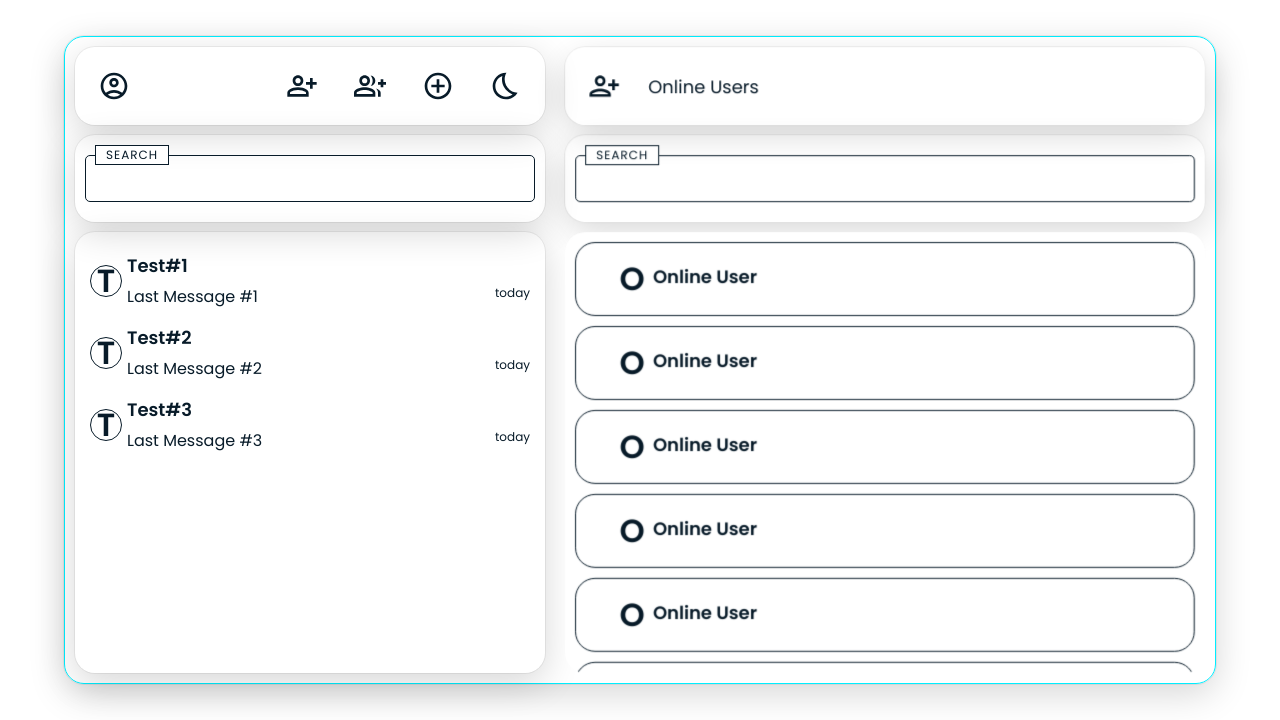
Repository: swastikjhacoder/mern-chat-frontend-only
Page: /users
An editor plug-in stored every save of this project. The page is shown before and after a run of saves, followed by the edit.
The browser window is 1280 px wide. The pictures show the whole page.
An inner scrolling area shows only its first screen. The project was rebuilt for these pictures with package versions that can differ from the ones it lists, and the page was loaded fresh each time. Also part of the build but not shown: src/components/loginSignup/Login.jsx, src/components/chat/MessageOthers.jsx, src/components/chat/MessageSelf.jsx, src/components/chat/ChatContainer.jsx. Imported but missing from the stored project, and not drawn on this page: src/components/loginSignup/SignUp.

Above is the page before, as saved 2023-09-21 22:56:06.

### src/index.js
import React from "react";
import ReactDOM from "react-dom/client";
import "./index.css";
import App from "./App";
import { BrowserRouter } from "react-router-dom";
import { Provider } from "react-redux";
import { store } from "./redux/store";

const root = ReactDOM.createRoot(document.getElementById("root"));
root.render(
  <React.StrictMode>
    <Provider store={store}>
      <BrowserRouter>
        <App />
      </BrowserRouter>
    </Provider>
  </React.StrictMode>
);

### src/index.css
@import url('https://fonts.googleapis.com/css2?family=Poppins:ital,wght@0,100;0,200;0,300;0,400;0,500;0,600;0,700;0,800;0,900;1,400&display=swap');

:root {
  --border-color: #0ef;
  --body-color: #081b29;
  --container-default-color: #fff;
  --self-message-background-color: #63d7b0;
  --other-message-background-color: #e2e4e3;
  --box-shadow: rgba(0, 0, 0, 0.16) 0px 10px 36px 0px, rgba(0, 0, 0, 0.06) 0px 0px 0px 1px;

  --large-font-size: 32px;
  --medium-font-size: 18px;
  --normal-font-size: 16px;
  --small-font-size: 12px;
  --tiny-font-size: 10px;

  --bolder-font-weight: 600;
}

::-webkit-scrollbar {
  width: 6px !important;
  height: 6px !important;
}

::-webkit-scrollbar-track {
  background: hsla(0, 0%, 100%, -1);
}

::-webkit-scrollbar-thumb {
  background: rgba(0, 0, 0, 0.2);
}


* {
  margin: 0;
  padding: 0;
  box-sizing: border-box;
  font-family: 'Poppins', sans-serif;
}

body {
  display: flex;
  flex-direction: column;
  justify-content: center;
  align-items: center;
}

.app-container {
  display: flex;
  width: 100vw;
  height: 100vh;
  flex-direction: column;
  justify-content: center;
  align-items: center;
}

.container {
  display: flex;
  flex-direction: row;
  gap: 10px;
  width: 90vw;
  height: 90vh;
  border-radius: 20px;
  border: 1px solid var(--border-color);
  box-shadow: var(--box-shadow);
}

.left-sidebar-container {
  display: flex;
  flex-direction: column;
  flex: 0.3;
  padding: 10px;
}

.sb-header {
  display: flex;
  flex-direction: row;
  border-radius: 20px;
  justify-content: space-between;
  padding: 5px;
  box-shadow: var(--box-shadow);
}

.sb-header >div {
  width: max-content;
}

.icon {
  font-size: var(--large-font-size) !important;
  margin: 10px;
}

.sb-search {
  display: flex;
  flex-direction: row;
  width: 100%;
  padding: 10px;
  margin-top: 10px;
  border-radius: 20px;
  box-shadow: var(--box-shadow);
}

.input-box {
  position: relative;
  width: 450px;
  margin: 10px 0;
}

.input-box input {
  width: 100%;
  padding: 10px;
  background: transparent;
  border-radius: 5px;
  color: var(--body-color);
  outline: none;
  font-size: var(--title-text-size);
}

.input-box span {
  position: absolute;
  left: 0;
  padding: 0 10px;
  pointer-events: none;
  font-size: var(--small-font-size);
  text-transform: uppercase;
  letter-spacing: 1px;
  transform: translateX(10px) translateY(-10px);
}

.sb-conversations {
  background-color: var(--container-color);
  border-radius: 20px;
  padding: 10px 5px;
  margin-top: 10px;
  flex: 1;
  overflow-y: scroll;
  box-shadow: var(--box-shadow);
}

.conversation-container {
  display: grid;
  grid-template-columns: 32px auto auto;
  grid-template-rows: auto auto;
  column-gap: 10px;
  padding: 5px;
  gap: 5px;
  margin: 5px;
  border-radius: 20px;
  transition-duration: .5s;
}

.con-icon {
  grid-area: 1/1/3/2;
  display: flex;
  justify-content: center;
  align-items: center;
  font-size: var(--large-font-size);
  font-weight: var(--bolder-font-weight);
  height: 32px;
  width: 32px;
  padding: 2px;
  border-radius: 50%;
  justify-self: center;
  align-self: center;
}

.con-title {
  grid-area: 1/2/2/4;
  font-weight: var(--bolder-font-weight);
  font-size: var(--medium-font-size);
}

.con-lastMessage {
  font-size: var(--normal-font-size);
}

.con-timeStamp {
  justify-self: flex-end;
  font-size: var(--small-font-size);
}

.right-sidebar-container {
  flex: .7;
  display: flex;
  flex-direction: column;
  gap: 10px;
  padding: 10px 10px 10px 0;
}

.chat-header {
  display: flex;
  justify-content: space-between;
  column-gap: 10px;
  padding: 10px;
  border-radius: 20px;
  box-shadow: var(--box-shadow);
}

.chat-header-info {
  display: flex;
  flex-direction: row;
  justify-content: center;
  align-items: center;
  gap: 10px;
}

.chat-message {
  flex: 1;
  background-color: var(--container-color);
  border-radius: 20px;
  padding: 20px 40px;
  overflow-y: scroll;
  box-shadow: var(--box-shadow);
}

.chat-input {
  display: flex;
  flex-direction: row;
  justify-content: space-between;
  align-items: center;
  border-radius: 20px;
  padding: 10px;
  box-shadow: var(--box-shadow)
}

.self-message-container {
  display: flex;
  justify-content: flex-end;
}

.self-message {
  display: flex;
  flex-direction: column;
  background-color: var(--self-message-background-color);
  width: max-content;
  padding: 10px 10px;
  margin: 5px;
  border-radius: 20px;
}
.self-title {
  font-weight: var(--bolder-font-weight);
  font-size: var(--medium-font-size);
}

.self-message {
  font-size: var(--normal-font-size);
}

.self-timestamp {
  margin-left: auto;
  font-size: var(--small-font-size);
}

.other-message-container {
  display: flex;
  justify-content: flex-start;
  flex-direction: row;
  gap: 5px;
  width: max-content;
  padding: 10px 10px;
  margin: 5px;
  border-radius: 20px;
}

.other-icon {
  display: flex;
  justify-content: center;
  align-items: center;
  font-size: var(--large-font-size);
  font-weight: var(--bolder-font-weight);
  height: 32px;
  width: 32px;
  padding: 2px;
  border-radius: 50%;
  justify-self: center;
  align-self: center;
}

.other-text-content {
  display: flex;
  flex-direction: column;
  background-color: var(--other-message-background-color);
  padding: 10px 10px;
  border-radius: 20px;
}

.other-title {
  font-weight: var(--bolder-font-weight);
  font-size: var(--medium-font-size);
}

.other-message {
  font-size: var(--normal-font-size);
}

.other-timestamp {
  margin-left: auto;
  font-size: var(--small-font-size);
}

.online-users-header {
  border-radius: 20px;
  display: flex;
  gap: 10px;
  padding: 5px;
  font-size: var(--medium-font-size);
  box-shadow: var(--box-shadow);
  align-items: center;
}

.online-users-search {
  display: flex;
  flex-direction: row;
  width: 100%;
  padding: 10px;
  border-radius: 20px;
  box-shadow: var(--box-shadow);
}

.online-users-list {
  border-radius: 20px;
  flex: 1;
  padding: 10px;
  overflow-y: scroll;
}

.online-user {
  display: flex;
  flex: 1;
  gap: 5px;
  border-radius: 20px;
  padding: 20px 40px;
  overflow-y: scroll;
  margin-bottom: 10px;
  cursor: pointer;
  transition-duration: .5s;
}

### src/App.js
// import { Button } from "@mui/material";
// import React from "react";
// import { useSelector, useDispatch } from "react-redux";
// import { toggleDarkMode, addUser, removeUser } from './redux/liveChatSlice';

// function App() {
//   const dispatch = useDispatch();
//   const mode = useSelector((state) => state.liveChat.mode);
//   const userInfo = useSelector((state) => state.liveChat.userInfo);
//   const background = useSelector( ( state ) => state.liveChat.background );
//   console.log(mode);
//   console.log(userInfo);
//   console.log(background);
//   return (
//     <>
//       <Button onClick={() => dispatch(toggleDarkMode())}>Click Me</Button>
//     </>
//   );
// }

// export default App;

import React from "react";
import { useSelector } from "react-redux";
import "./index.css";
import { Routes, Route } from "react-router-dom";
import MainContainer from "./components/MainContainer";
import Login from "./components/loginSignup/Login";
import SignUp from "./components/loginSignup/SignUp";
import ChatContainer from "./components/chat/ChatContainer";
import OnlineUsersGroup from "./components/chat/OnlineUsersGroup";

const App = () => {
  const background = useSelector((state) => state.liveChat.background);
  // console.log(background);
  return (
    <>
      <div style={{ backgroundColor: background }} className="app-container">
        <Routes>
          <Route path="/" element={<MainContainer />}>
            <Route path="login" element={<Login />} />
            <Route path="signup" element={<SignUp />} />
            <Route path="chat" element={<ChatContainer />} />
            <Route path="users" element={<OnlineUsersGroup />} />
          </Route>
        </Routes>
      </div>
    </>
  );
};

export default App;

### src/redux/store.js
import { configureStore } from '@reduxjs/toolkit';
import liveChatReducer from './liveChatSlice';

export const store = configureStore({
  reducer: {
    liveChat: liveChatReducer,
  },
});

### src/components/MainContainer.jsx
import React from "react";
import { Outlet } from "react-router-dom";
import SideBar from "./chat/SideBar";
// import { useSelector } from "react-redux";
// import Login from "./loginSignup/Login";

const MainContainer = () => {
  // const user = useSelector((state) => state.liveChat.userInfo);
  // console.log(user);
  return (
    <>
      <div className="container">
        {/*
        { user ? <SideBar/> : <Login /> }*/
        }
        <SideBar />
        <Outlet />
      </div>
    </>
  );
};

export default MainContainer;

### src/components/chat/OnlineUsersGroup.jsx
import React from "react";
import { IconButton } from "@mui/material";
import PersonAddAlt1OutlinedIcon from "@mui/icons-material/PersonAddAlt1Outlined";
import { AnimatePresence, motion } from "framer-motion";
import { useSelector } from "react-redux";
import OnlineUsers from "./OnlineUsers";

const OnlineUsersGroup = () => {
  const { background, color } = useSelector((state) => state.liveChat);
  return (
    <AnimatePresence>
      <motion.div
        initial={{ opacity: 0, scale: 0 }}
        animate={{ opacity: 1, scale: 1 }}
        exit={{ opacity: 0, scale: 0 }}
        transition={{
          ease: "anticipate",
          duration: "0.3",
        }}
        className="right-sidebar-container"
      >
        <div className="online-users-header">
          <div>
            <IconButton>
              <PersonAddAlt1OutlinedIcon
                className="icon"
                style={{ color: color }}
              />
            </IconButton>
          </div>
          <p style={{ color: color }}>Online Users</p>
        </div>
        <div className="online-users-search">
          <div className="input-box" style={{ flex: 1 }}>
            <input
              type="search"
              name="search"
              required="required"
              style={{ border: `1px solid ${color}`, color: color }}
            />
            <span
              style={{
                color: color,
                border: `1px solid ${color}`,
                background: background,
              }}
            >
              Search
            </span>
          </div>
        </div>
        <div className="online-users-list" style={{backgroundColor: background}}>
          <OnlineUsers />
          <OnlineUsers />
          <OnlineUsers />
          <OnlineUsers />
          <OnlineUsers />
          <OnlineUsers />
          <OnlineUsers />
          <OnlineUsers />
          <OnlineUsers />
          <OnlineUsers />
          <OnlineUsers />
          <OnlineUsers />
          <OnlineUsers />
          <OnlineUsers />
        </div>
      </motion.div>
    </AnimatePresence>
  );
};

export default OnlineUsersGroup;

### src/redux/liveChatSlice.js
import { createSlice } from "@reduxjs/toolkit";

const initialState = {
  mode: JSON.parse(localStorage.getItem("darkMode")) || false,
  userInfo: null,
  background: JSON.parse(localStorage.getItem("backgroundColor")) || "#fff",
  color: JSON.parse(localStorage.getItem("color")) || "#081b29",
};

export const liveChatSlice = createSlice({
  name: "liveChat",
  initialState,
  reducers: {
    toggleDarkMode: (state) => {
      state.mode = !state.mode;
      if (!state.mode) {
        state.background = "#fff";
        state.color = "#081b29";
      } else {
        state.background = "#081b29";
        state.color = "#fff";
      }
      localStorage.setItem("darkMode", JSON.stringify(state.mode));
      localStorage.setItem("backgroundColor", JSON.stringify(state.background));
      localStorage.setItem("color", JSON.stringify(state.color));
    },
    addUser: (state, action) => {
      state.userInfo = action.payload;
    },
    removeUser: (state) => {
      state.userInfo = null;
    },
  },
});

export const { toggleDarkMode, addUser, removeUser } =
  liveChatSlice.actions;
export default liveChatSlice.reducer;

### src/components/chat/SideBar.jsx
import React from "react";
import AccountCircleOutlinedIcon from "@mui/icons-material/AccountCircleOutlined";
import PersonAddAltOutlinedIcon from "@mui/icons-material/PersonAddAltOutlined";
import GroupAddOutlinedIcon from "@mui/icons-material/GroupAddOutlined";
import AddCircleOutlineOutlinedIcon from "@mui/icons-material/AddCircleOutlineOutlined";
import BedtimeOutlinedIcon from "@mui/icons-material/BedtimeOutlined";
import LightModeOutlinedIcon from "@mui/icons-material/LightModeOutlined";
import { useSelector, useDispatch } from "react-redux";
import { IconButton } from "@mui/material";
import { toggleDarkMode } from "../../redux/liveChatSlice";
import ConversationList from "./ConversationList";
import {useNavigate } from 'react-router-dom';

const SideBar = () =>
{
  const navigate = useNavigate();
  const dispatch = useDispatch();
  const { mode, background, color } = useSelector((state) => state.liveChat);
  const conversations = [
    {
      name: "Test#1",
      lastMessage: "Last Message #1",
      timeStamp: "today",
    },
    {
      name: "Test#2",
      lastMessage: "Last Message #2",
      timeStamp: "today",
    },
    {
      name: "Test#3",
      lastMessage: "Last Message #3",
      timeStamp: "today",
    },
  ];
  console.log(mode);
  return (
    <>
      <div className="left-sidebar-container">
        <div className="sb-header">
          <div>
            <IconButton>
              <AccountCircleOutlinedIcon
                className="icon"
                style={{ color: color }}
              />
            </IconButton>
          </div>
          <div>
            <IconButton>
              <PersonAddAltOutlinedIcon
                className="icon"
                style={ { color: color } }
                onClick={ () => { navigate( 'users' ); }}
              />
            </IconButton>
            <IconButton>
              <GroupAddOutlinedIcon className="icon" style={{ color: color }} />
            </IconButton>
            <IconButton>
              <AddCircleOutlineOutlinedIcon
                className="icon"
                style={{ color: color }}
              />
            </IconButton>
            <IconButton onClick={() => dispatch(toggleDarkMode())}>
              {mode ? (
                <LightModeOutlinedIcon
                  className="icon"
                  style={{ color: color }}
                />
              ) : (
                <BedtimeOutlinedIcon
                  className="icon"
                  style={{ color: color }}
                />
              )}
            </IconButton>
          </div>
        </div>
        <div className="sb-search">
          <div className="input-box">
            <input
              type="search"
              name="search"
              required="required"
              style={{ border: `1px solid ${color}`, color: color }}
            />
            <span
              style={{
                color: color,
                border: `1px solid ${color}`,
                background: background,
              }}
            >
              Search
            </span>
          </div>
        </div>
        <div className="sb-conversations">
          {conversations.map((conversation, index) => {
            return <ConversationList key={index} props={conversation} />;
          })}
        </div>
      </div>
    </>
  );
};

export default SideBar;

### src/components/chat/OnlineUsers.jsx
import React from "react";
import { motion } from "framer-motion";
import { useSelector } from "react-redux";

const OnlineUsers = () => {
  const { color } = useSelector((state) => state.liveChat);
  const props = { name: "Online User" };
  return (
    <motion.div
      whileHover={{ scale: 1.01 }}
      whileTap={{ scale: 0.98 }}
      className="online-user"
      style={{ color: color, border: `1px solid ${color}` }}
    >
      <p className="con-icon">{props.name[0]}</p>
      <p className="con-title">{props.name}</p>
    </motion.div>
  );
};

export default OnlineUsers;

### src/components/chat/ConversationList.jsx
import React from "react";
import { motion } from "framer-motion";
import { useNavigate} from 'react-router-dom';
import { useSelector } from "react-redux";

const ConversationList = ({ props }) => {
  const navigate = useNavigate();
  const { color } = useSelector((state) => state.liveChat);
  return (
    <>
      <motion.div
        whileHover={{ scale: 1.01, cursor: "pointer" }}
        whileTap={{ scale: 0.98 }}
        className="conversation-container"
        onClick={ () => { navigate( 'chat' ); }}
      >
        <p
          className="con-icon"
          style={{
            color: color,
            border: `1px solid ${color}`,
          }}
        >
          {props.name[0]}
        </p>
        <p className="con-title" style={{ color: color }}>
          {props.name}
        </p>
        <p className="con-lastMessage" style={{ color: color }}>
          {props.lastMessage}
        </p>
        <p className="con-timeStamp" style={{ color: color }}>
          {props.timeStamp}
        </p>
      </motion.div>
    </>
  );
};

export default ConversationList;

After the next 2 saves:
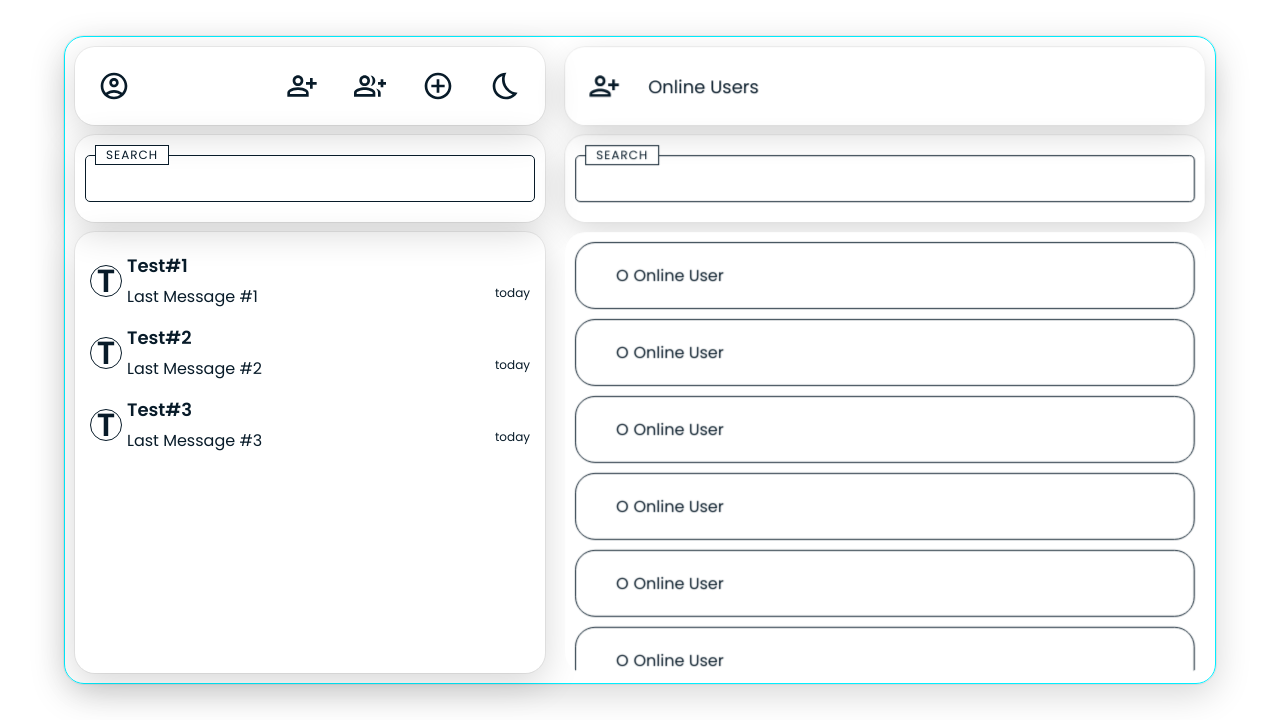
The 2 saves are shown as one change because they came seconds apart.
The last was saved 76 s later.
--- a/src/components/chat/OnlineUsers.jsx
+++ b/src/components/chat/OnlineUsers.jsx
@@ -12,8 +12,8 @@ const OnlineUsers = () => {
       className="online-user"
       style={{ color: color, border: `1px solid ${color}` }}
     >
-      <p className="con-icon">{props.name[0]}</p>
-      <p className="con-title">{props.name}</p>
+      <p className="ou-icon">{props.name[0]}</p>
+      <p className="ou-title">{props.name}</p>
     </motion.div>
   );
 };
